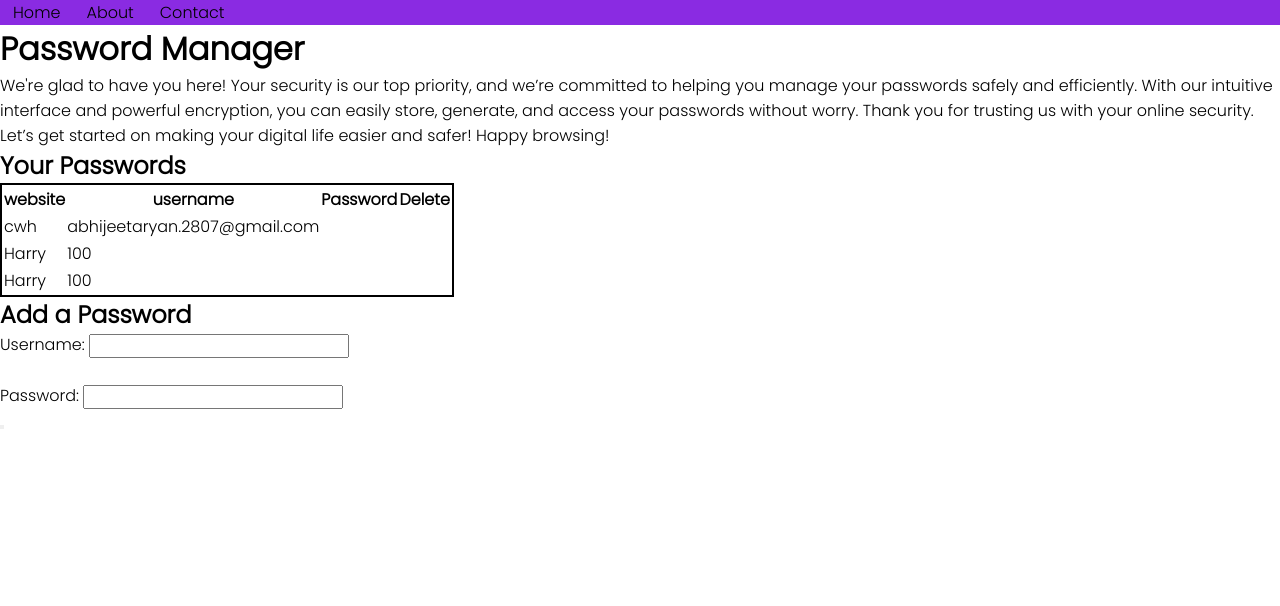
Repository: Abhi2807ar/PASSWORD-MANAGER
Page: index.html
An editor plug-in stored every save of this project. The page is shown before and after a run of saves, followed by the edit.
The browser window is 1280 px wide. The pictures show the whole page.

Above is the page before, as saved 2024-10-14 14:57:09.

### index.html
<!DOCTYPE html>
<html lang="en">
<head>
    <meta charset="UTF-8">
    <meta name="viewport" content="width=device-width, initial-scale=1.0">
    <title>Documentx</title>
  <link rel="stylesheet" href="style.css">

</head>

<body>
    <nav>
        <ul>
            <li>Home</li>
            <li>About</li>
            <li>Contact</li>

        </ul>

    </nav>
    <div class="'container">
        <h1>Password Manager</h1>
        <p> We're glad to have you here! Your security is our top priority,
             and we’re committed to helping you manage your passwords safely and efficiently.
              With our intuitive interface and powerful encryption, you can easily store, generate, and access your passwords without worry.
Thank you for trusting us with your online security. Let’s get started on making your digital life easier and safer!
Happy browsing!
        </p>
        <h2>Your Passwords</h2>
        <table>
            <tr>
              <th>website</th>
              <th>username</th>
              <th>Password</th>
              <th>Delete</th>
            </tr>
            <tr>
              <td>cwh</td>
              <td>abhijeetaryan.2807@gmail.com</td>
            </tr>
            <tr>
                <td>Harry</td>
                <td>100</td>
              </tr>
              <tr>
                <td>Harry</td>
                <td>100</td>
              </tr>
          </table>
        <h2>Add a Password</h2>
        <form action="/submit" method="post">
            <!-- Text input for username -->
            <label for="username">Username:</label>
            <input type="text" id="username" name="username" required>
            <br><br>

            <!-- Password input -->
            <label for="password">Password:</label>
            <input type="password" id="password" name="password" required>
            <br>

            <!-- Submit button -->
           <button class="'btn" type="submit"></button>
                </form>
    </div>
    <script src="index.js"></script>

</body>
</html>

### style.css

@import url('https://fonts.googleapis.com/css2?family=Poppins:wght@200;300&display=swap');
*{
    margin:0;
    padding:0;
    font-family: "Poppins", sans-serif;;
 }
 nav{ background-color: blueviolet;
 }
 ul{
    display:flex;

 }
 ul li{
    list-style:none;
margin:0 13px;
 }
 table {
    border:2px solid black

}
.container{
    max-width: 80vw;
    margin: 23px auto;
}
h1,h2,h3{

}

Loaded but not shown: index.js (no stored copy; drawn as an empty file)

After the next 3 saves:
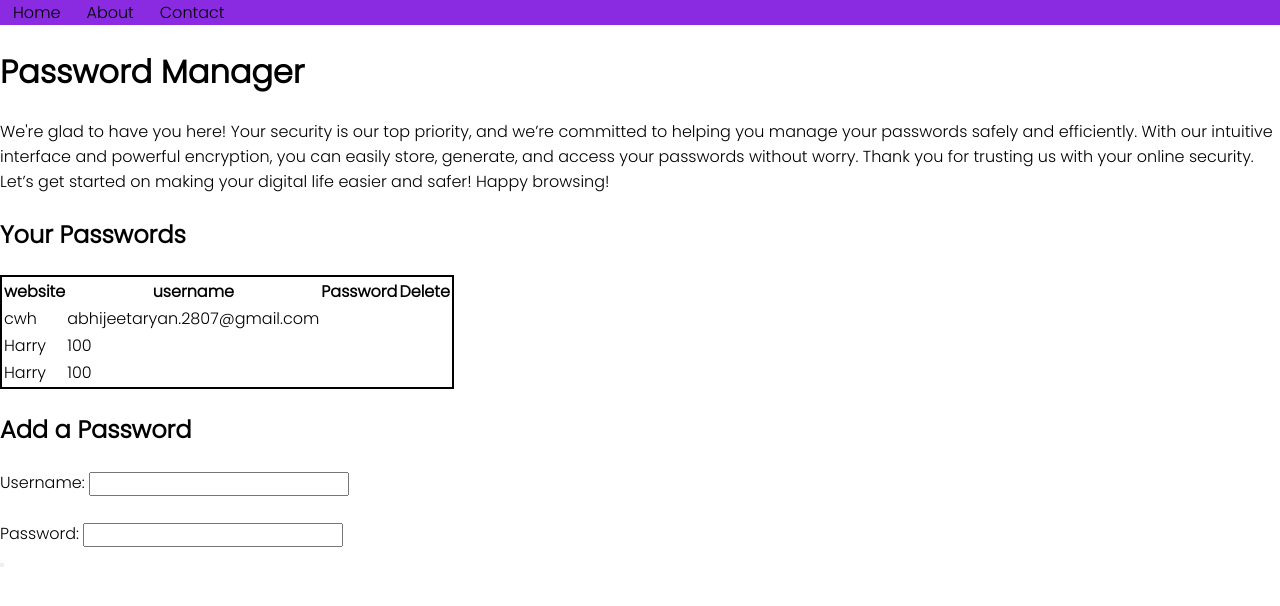
The 3 saves are shown as one change because they came seconds apart.
The last was saved 36 s later.
--- a/style.css
+++ b/style.css
@@ -24,5 +24,5 @@ margin:0 13px;
     margin: 23px auto;
 }
 h1,h2,h3{
-
+    margin:23px 0;
 }
